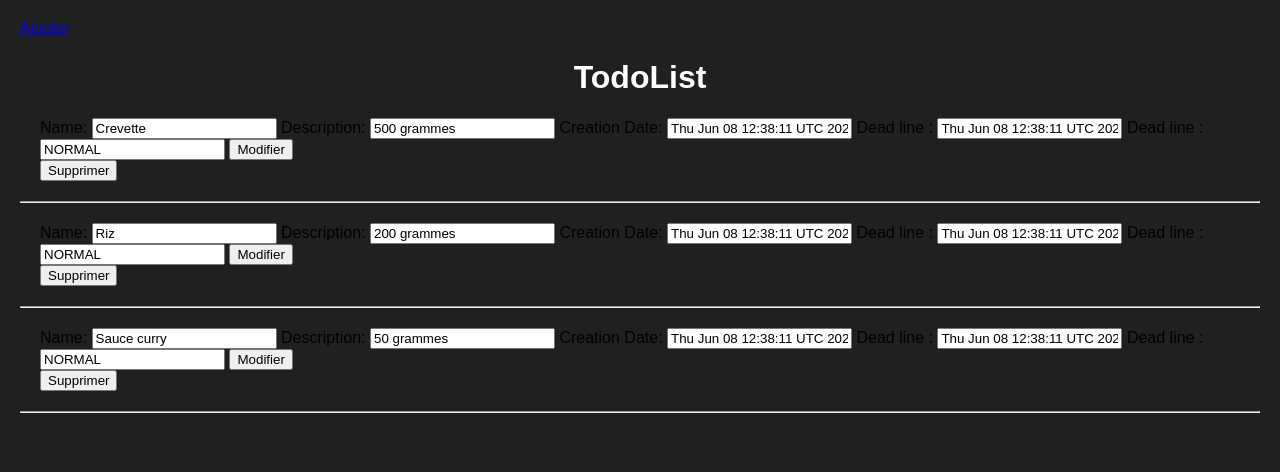
Repository: HugoGit-Hub/TodoList
Page: http://localhost/todo-list/TodoList
These files come from the project's save history. The page is drawn as it stood at one moment and after the next save; the edit follows.
The browser window is 1280 px wide. The pictures show the whole page.
The page is served by Tomcat 9. Other server files are loaded and not shown.

Above is the page before, as saved 2023-06-08 17:11:43.

### todo-list/src/main/webapp/jsp/todoList.jsp
<%@page import="java.util.ArrayList"%>
<%@page import="java.util.List"%>
<%@page import="fr.keyce.todo_list.model.Todo"%>
<%@page import="java.util.Map"%>
<%@taglib prefix="c" uri="http://java.sun.com/jsp/jstl/core"%>
<%@ page language="java" contentType="text/html; charset=UTF-8"
    pageEncoding="UTF-8"%>
<!DOCTYPE html>
<html>
	<head>
		<meta charset="UTF-8">
		<title>TodoList</title>
		<link href="../css/style.css" rel="stylesheet" type="text/css">
	</head>
	<body>

		<c:url var="todoCreateUrl" value="/TodoCreate"/>
		<a href="${todoCreateUrl}">Ajouter</a>

		<div>
			<h1>TodoList</h1>
			<c:forEach items="${getAllTodo}" var="todo">
				<div style="margin:20px">
					<form method="post" action="http://localhost:8080/todo-list/TodoList">
						<input type="text" id="id" name="id" value="${todo.getId()}" hidden="true">

						<label for="name">Name:</label>
						<input type="text" id="name" name="name" value="${todo.getName()}">

				 		<label for="description">Description:</label>
						<input type="text" id="description" name="description" value="${todo.getDescription()}">

						<label for="creationDate">Creation Date:</label>
						<input type="text" id="creationDate" name="creationDate" value="${todo.getCreationDate()}">

						<label for="deadLine">Dead line :</label>
						<input type="text" id="deadLine" name="deadLine" value="${todo.getDeadLine()}">

						<label for="priority">Dead line :</label>
						<input type="text" id="priority" name="priority" value="${todo.getPriority()}">

						<input type="submit" name="action" value="Modifier">
					</form>

				 	<form method="post" action="http://localhost:8080/todo-list/TodoList">
						<input type="hidden" name="id" value="${todo.getId()}">
						<input type="submit" name="action" value="Supprimer">
					</form>

				</div><hr/>
			</c:forEach>
		</div>
	</body>
	<style>
    body {
      font-family: Arial, sans-serif;
      margin: 0;
      padding: 20px;
      background-color: #202020;
    }

    h1 {
      text-align: center;
      color: white;
    }

    .todo-item {
      margin-bottom: 10px;
      padding: 10px;
      border: 1px solid #ccc;
      border-radius: 5px;
      background-color: #f5f5f5;
    }

    .todo-item h2 {
      margin-top: 0;
    }

    .todo-item p {
      margin: 0;
    }

    .todo-item .buttons {
      margin-top: 10px;
    }

    .todo-item .buttons button {
      margin-right: 5px;
    }

    .add-button {
      text-align: center;
      margin-bottom: 20px;
    }

    .add-button a {
      display: inline-block;
      padding: 10px 20px;
      background-color: #4CAF50;
      color: #fff;
      text-decoration: none;
      border-radius: 5px;
    }
  </style>
</html>

### todo-list/src/main/java/fr/keyce/todo_list/controllers/TodoListServlet.java
package fr.keyce.todo_list.controllers;

import java.io.IOException;
import java.text.ParseException;
import java.text.SimpleDateFormat;
import java.util.Date;
import java.util.List;

import javax.servlet.RequestDispatcher;
import javax.servlet.ServletException;
import javax.servlet.annotation.WebServlet;
import javax.servlet.http.HttpServlet;
import javax.servlet.http.HttpServletRequest;
import javax.servlet.http.HttpServletResponse;

import fr.keyce.todo_list.model.Priority;
import fr.keyce.todo_list.model.Todo;
import fr.keyce.todo_list.services.TodoService;
import fr.keyce.todo_list.services.Impl.TodoServiceImpl;

@WebServlet(name = "TodoListServlet", urlPatterns = "/TodoList")
public class TodoListServlet extends HttpServlet {
	private static final long serialVersionUID = 1L;

	private TodoService todoService = TodoServiceImpl.getInstance();

	protected void doGet(HttpServletRequest request, HttpServletResponse response) throws ServletException, IOException {
		System.out.println(request.getRequestURI() + " > forward vers /jsp/todoList.jsp");
		List<Todo> todos = this.todoService.findAll();
		RequestDispatcher requestDispatcher = request.getRequestDispatcher("/jsp/todoList.jsp");
		request.setAttribute("getAllTodo", todos);

		requestDispatcher.forward(request, response);
	}

	protected void doPost(HttpServletRequest request, HttpServletResponse response) throws ServletException, IOException {
		String id = request.getParameter("id");
		String action = request.getParameter("action");

		switch (action) {
			case "Supprimer": {
				todoService.delete(Integer.parseInt(id));
				response.sendRedirect("http://localhost:8080/todo-list/TodoList");
				break;
			}
			case "Modifier":{
				Todo update = new Todo();

				String idTodo = request.getParameter("id");
				update.setId(Integer.parseInt(idTodo));

				String name = request.getParameter("name");
				update.setName(name);

				String description = request.getParameter("description");
				update.setDescription(description);

				String creationDate = request.getParameter("creationDate");
				try {
					Date convertDate = new SimpleDateFormat("dd/MM/yyyy").parse(creationDate);
					update.setCreationDate(convertDate);
				} catch (ParseException e) {
					e.printStackTrace();
				}

				String deadLine = request.getParameter("deadLine");
				try {
					Date convertDate = new SimpleDateFormat("dd/MM/yyyy").parse(deadLine);
					update.setDeadLine(convertDate);
				} catch (ParseException e) {
					e.printStackTrace();
				}

				String priority = request.getParameter("priority");
				switch (priority) {
					case "LOW": {
						update.setPriority(Priority.LOW);
					}
					case "NORMAL": {
						update.setPriority(Priority.NORMAL);
					}
					case "HIGH": {
						update.setPriority(Priority.HIGH);
					}
				}
				todoService.update(update);
				response.sendRedirect("http://localhost:8080/todo-list/TodoList");
				break;
			}
			default:
				throw new IllegalArgumentException("Unexpected value: ");
		}
	}
}

### todo-list/src/main/java/fr/keyce/todo_list/services/Impl/TodoServiceImpl.java
package fr.keyce.todo_list.services.Impl;

import java.util.List;

import fr.keyce.todo_list.dao.TodoDao;
import fr.keyce.todo_list.dao.db.TodoDaoDb;
import fr.keyce.todo_list.model.Todo;
import fr.keyce.todo_list.services.TodoService;

public class TodoServiceImpl implements TodoService {

	private final static TodoServiceImpl INSTANCE = new TodoServiceImpl();

	private TodoServiceImpl() {};

	public static TodoServiceImpl getInstance() {
		return INSTANCE;
	}

	private TodoDao todoDao = TodoDaoDb.getInstance();

	@Override
	public List<Todo> findAll() {
		return this.todoDao.findAll();
	}

	@Override
	public void delete(Integer id) {
		this.todoDao.delete(id);
	}

	@Override
	public Todo update(Todo todo) {
		return this.todoDao.update(todo);
	}

	@Override
	public Todo create(Todo todo) {
		return this.todoDao.create(todo);
	}

}

### todo-list/src/main/java/fr/keyce/todo_list/dao/TodoDao.java
package fr.keyce.todo_list.dao;

import java.util.List;

import fr.keyce.todo_list.model.Todo;

public interface TodoDao {
	public List<Todo> findAll();
	public void delete(Integer id);
	public Todo update(Todo todo);
	public Todo create(Todo todo);
}

### todo-list/src/main/java/fr/keyce/todo_list/dao/db/TodoDaoDb.java
package fr.keyce.todo_list.dao.db;

import java.util.List;

import fr.keyce.todo_list.dao.TodoDao;
import fr.keyce.todo_list.db.Database;
import fr.keyce.todo_list.model.Todo;

public class TodoDaoDb implements TodoDao {

	private final static TodoDaoDb INSTANCE = new TodoDaoDb();

	private TodoDaoDb() {};

	public static TodoDaoDb getInstance() {
		return INSTANCE;
	}

	private Database database = Database.getInstance();

	@Override
	public List<Todo> findAll() {
		return this.database.selectAll();
	}

	@Override
	public void delete(Integer id) {
		this.database.delete(id);
	}

	@Override
	public Todo update(Todo todo) {
		return this.database.update(todo);
	}

	@Override
	public Todo create(Todo todo) {
		return this.database.create(todo);
	}
}

### todo-list/src/main/java/fr/keyce/todo_list/db/Database.java
package fr.keyce.todo_list.db;

import java.util.ArrayList;
import java.util.Date;
import java.util.List;
import java.util.Map;
import java.util.TreeMap;

import fr.keyce.todo_list.model.Priority;
import fr.keyce.todo_list.model.Todo;

public class Database {

	private final static Database INSTANCE = new Database();

	private Map<Integer, Todo> map;

	private Database() {
		this.map = new TreeMap<Integer, Todo>();
		Todo todoCrevette = Todo.create(1, "Crevette", "500 grammes", new Date(), new Date(), Priority.NORMAL);
		this.map.put(todoCrevette.getId(), todoCrevette);
		Todo todoRiz = Todo.create(2, "Riz", "200 grammes", new Date(), new Date(), Priority.NORMAL);
		this.map.put(todoRiz.getId(), todoRiz);
		Todo todoSauceCurry = Todo.create(3, "Sauce curry", "50 grammes", new Date(), new Date(), Priority.NORMAL);
		this.map.put(todoSauceCurry.getId(), todoSauceCurry);
	}

	public static Database getInstance() {
		return INSTANCE;
	}

	public List<Todo> selectAll(){
		var value = this.map.values();
		return new ArrayList<>(value);
	}

	public void delete(Integer id) {
		map.remove(id);
	}

	public Todo update(Todo todo) {
		return map.put(todo.getId(), todo);
	}

	public Todo create(Todo todo) {
		Integer id = map.size() + 1;
		return map.put(id, todo);
	}
}

### todo-list/src/main/java/fr/keyce/todo_list/model/Priority.java
package fr.keyce.todo_list.model;

public enum Priority {

	LOW, NORMAL, HIGH

}

### todo-list/src/main/java/fr/keyce/todo_list/model/Todo.java
package fr.keyce.todo_list.model;

import java.util.Date;

public class Todo {

	private Integer id;

	private String name;

	private String description;

	private Date creationDate;

	private Date deadLine;

	private Priority priority;

	public Todo() {}

	public Integer getId() {
		return id;
	}

	public void setId(Integer id) {
		this.id = id;
	}

	public String getName() {
		return name;
	}

	public void setName(String name) {
		this.name = name;
	}

	public String getDescription() {
		return description;
	}

	public void setDescription(String description) {
		this.description = description;
	}

	public Date getCreationDate() {
		return creationDate;
	}

	public void setCreationDate(Date creationDate) {
		this.creationDate = creationDate;
	}

	public Date getDeadLine() {
		return deadLine;
	}

	public void setDeadLine(Date deadLine) {
		this.deadLine = deadLine;
	}

	public Priority getPriority() {
		return priority;
	}

	public void setPriority(Priority priority) {
		this.priority = priority;
	}

	public final static Todo create(Integer id, String name, String description, Date creationDate, Date deadLine, Priority priority) {
		Todo todo = new Todo();
		todo.id = id;
		todo.name = name;
		todo.description = description;
		todo.creationDate = creationDate;
		todo.deadLine = deadLine;
		todo.priority = priority;
		return todo;
	}
}

### todo-list/src/main/webapp/css/style.css
@charset "UTF-8";

    body {
      font-family: Arial, sans-serif;
      margin: 0;
      padding: 20px;
      background-color: #202020;
    }

    h1 {
      text-align: center;
      color: white;
    }

    .todo-item {
      margin-bottom: 10px;
      padding: 10px;
      border: 1px solid #ccc;
      border-radius: 5px;
      background-color: #f5f5f5;
    }

    .todo-item h2 {
      margin-top: 0;
    }

    .todo-item p {
      margin: 0;
    }

    .todo-item .buttons {
      margin-top: 10px;
    }

    .todo-item .buttons button {
      margin-right: 5px;
    }

    .add-button {
      text-align: center;
      margin-bottom: 20px;
    }

    .add-button a {
      display: inline-block;
      padding: 10px 20px;
      background-color: #4CAF50;
      color: #fff;
      text-decoration: none;
      border-radius: 5px;
    }

After the next save:
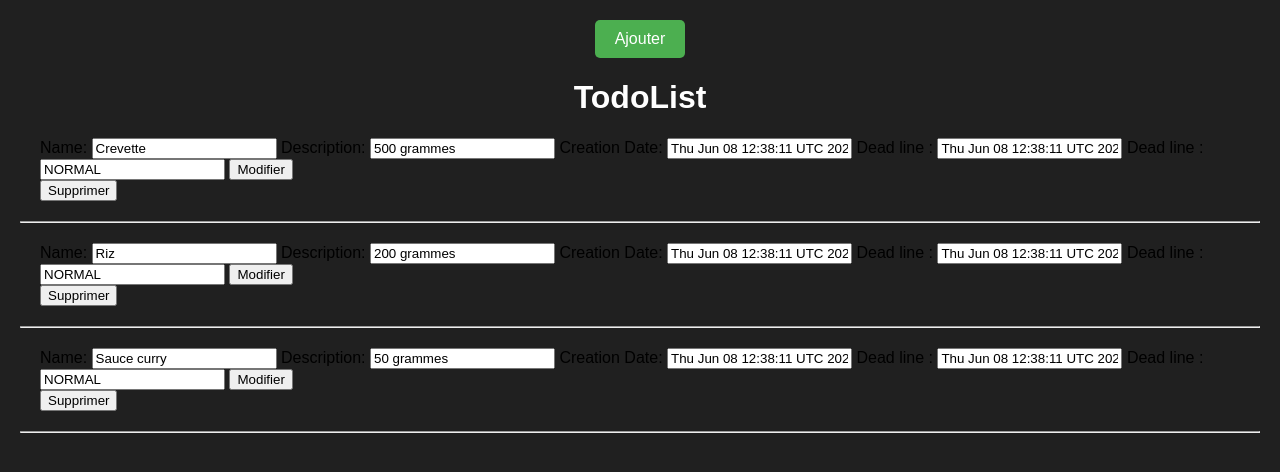
Saved 51 s later.
--- a/todo-list/src/main/webapp/jsp/todoList.jsp
+++ b/todo-list/src/main/webapp/jsp/todoList.jsp
@@ -13,9 +13,10 @@
 		<link href="../css/style.css" rel="stylesheet" type="text/css">
 	</head>
 	<body>
-
-		<c:url var="todoCreateUrl" value="/TodoCreate"/>
-		<a href="${todoCreateUrl}">Ajouter</a>
+		<div class="add-button">
+			<c:url var="todoCreateUrl" value="/TodoCreate"/>
+			<a href="${todoCreateUrl}">Ajouter</a>
+		</div>
 
 		<div>
 			<h1>TodoList</h1>
